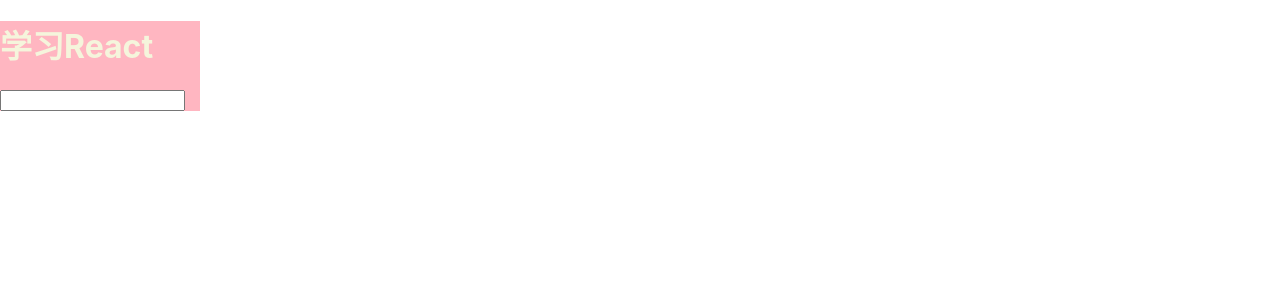
Repository: zhenzhen-gong/react-learning
Page: /user
An editor plug-in stored every save of this project. The page is shown before and after the next save, followed by the edit.
The browser window is 1280 px wide. The pictures show the whole page.
The project was rebuilt for these pictures with package versions that can differ from the ones it lists, and the page was loaded fresh each time.

Above is the page before, as saved 2021-04-16 12:31:26.

After the next save:
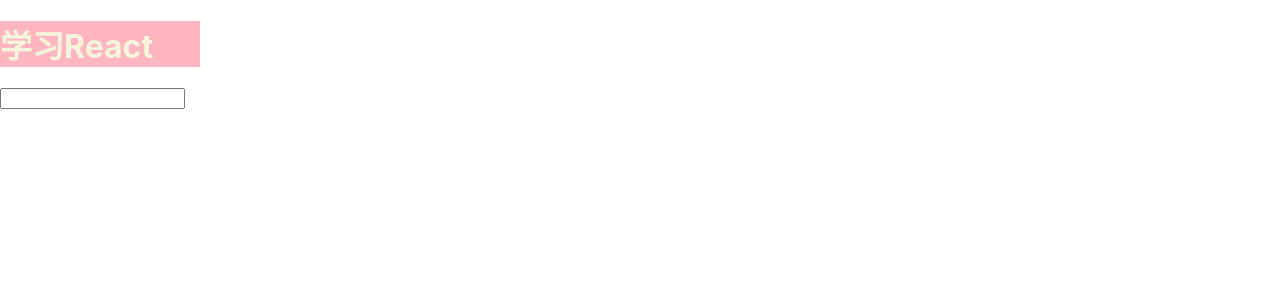
Saved 29 s later.
--- a/src/App.css
+++ b/src/App.css
@@ -1,7 +1,7 @@
 .App {
   text-align: center;
 }
-.context {
+h1 {
   background-color: lightpink;
   margin-bottom:  20px;
 }
